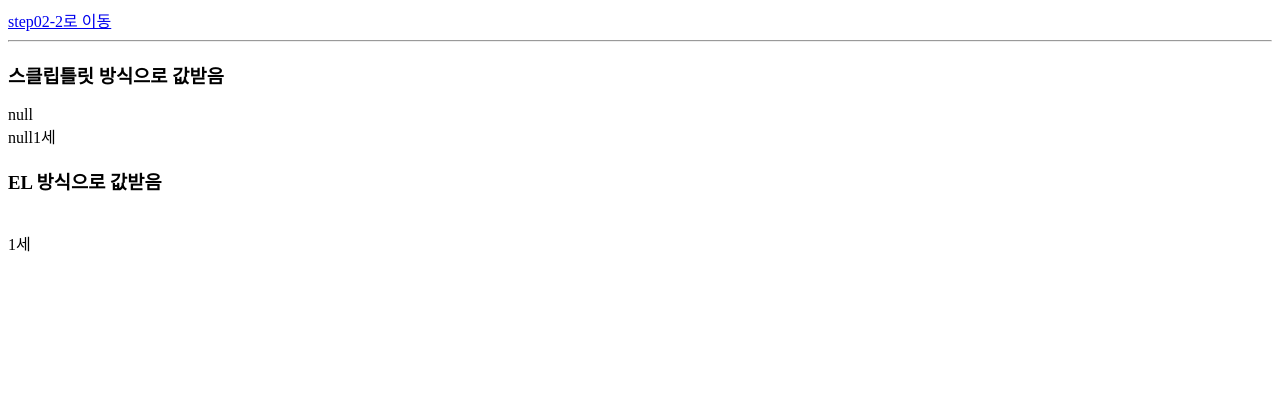
Repository: WoodongMaster/JSP_Workspace
Page: http://localhost/jstl_study/step02-3.jsp
The author's editor kept a copy of each file at every save. The page is drawn from the files as they stood at one save, then again after the next save.
The browser window is 1280 px wide. The pictures show the whole page.
The page is served by Tomcat 9. Other server files are loaded and not shown.

Above is the page before, as saved 2023-05-09 07:20:52.

### jstl_project/jstl_study/src/main/webapp/step02-3.jsp
<%@ page language="java" contentType="text/html; charset=UTF-8"
    pageEncoding="UTF-8"%>
<!DOCTYPE html>
<html>
<head>
<meta charset="UTF-8">
<title>EL param 연습2</title>
</head>
<body>
	<a href="step02-2.jsp">step02-2로 이동</a><br>
	<hr>
	<%-- 스클립틀릿방식은 String 형태--%>
	<h3>스클립틀릿 방식으로 값받음</h3>
	<%= request.getParameter("nick") %><br>
	<%= request.getParameter("age")+1 %>세<br>

	<%-- EL방식은 내부적으로 형변환 parseInt가 이루어져 연산이 가능 --%>
	<h3>EL 방식으로 값받음</h3>
	${param.nick}<br>
	${param.age+1}세<br>



</body>
</html>

After the next save:
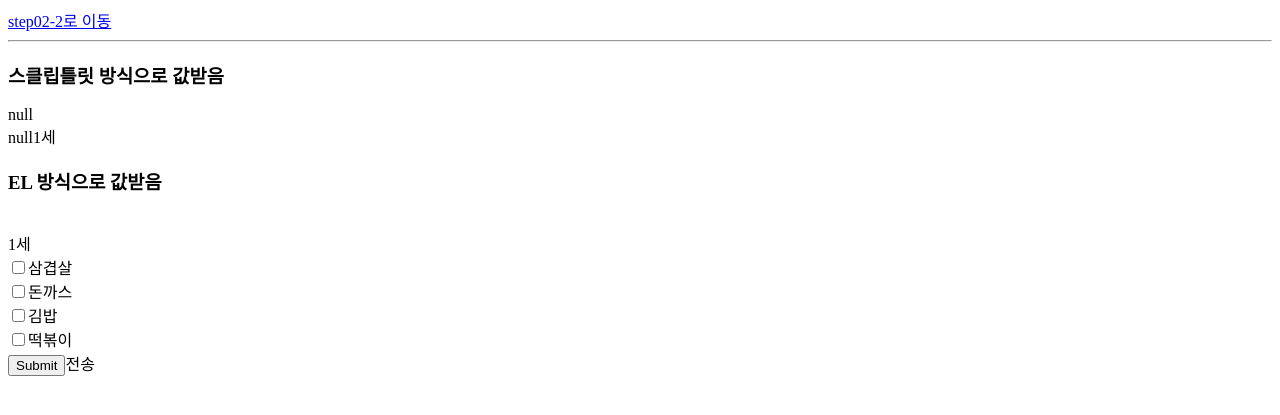
Saved 103 s later.
--- a/jstl_project/jstl_study/src/main/webapp/step02-3.jsp
+++ b/jstl_project/jstl_study/src/main/webapp/step02-3.jsp
@@ -18,6 +18,13 @@
 	<h3>EL 방식으로 값받음</h3>
 	${param.nick}<br>
 	${param.age+1}세<br>
+	<form action="step02-4.jsp">
+	<input type="checkbox" name="food" value="삼겹살">삼겹살<br>
+	<input type="checkbox" name="food" value="삼겹살">돈까스<br>
+	<input type="checkbox" name="food" value="삼겹살">김밥<br>
+	<input type="checkbox" name="food" value="삼겹살">떡볶이<br>
+	<input type="submit">전송
+	</form>
 
 
 
